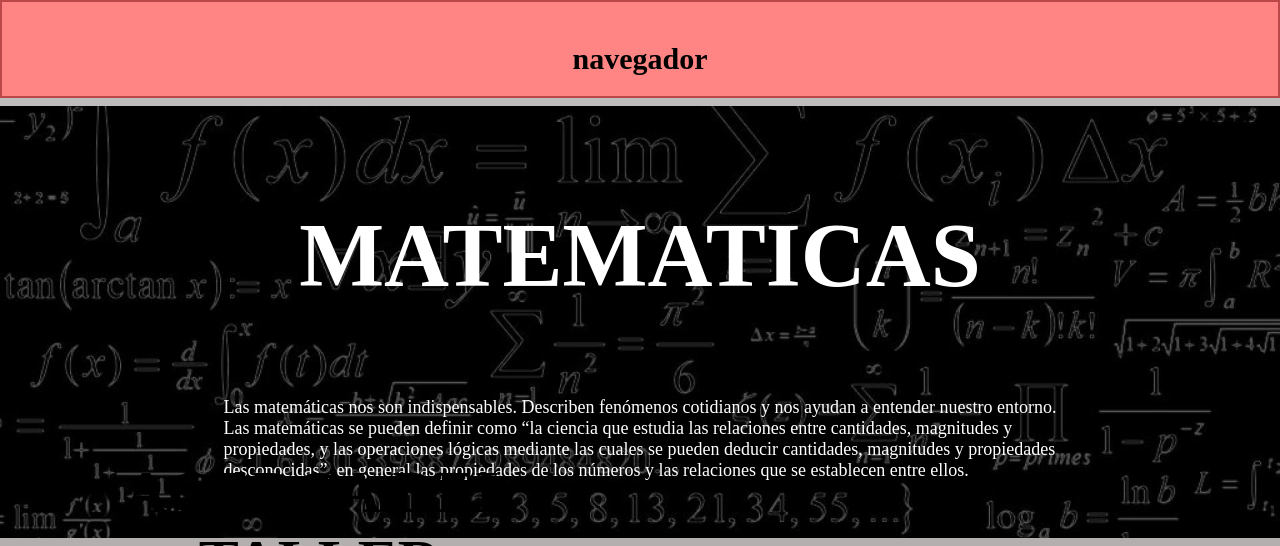
Repository: juanmg39/Servicio_Social
Page: talle2/index.html
These files come from the project's save history. The page is drawn as it stood at one moment and after the next save; the edit follows.
The browser window is 1280 px wide. The pictures show the part of the page from y = 0 to 546 px (the page is 3566 px tall).
Pictures or frames that could not be fetched are drawn as grey boxes.

Above is the page before, as saved 2023-08-31 12:36:11.

### talle2/index.html
<!DOCTYPE html>
<html lang="en">
<head>
    <meta charset="UTF-8">
    <meta name="viewport" content="width=device-width, initial-scale=1.0">
    <link rel="stylesheet" href="../talle2/css/taller2.css">
    <title>TALLER</title>
</head>
<body>
   <!--  PARTE NAV -->
    <nav>
        <h1 style="padding-top: 40px; font-size: 30px;">navegador</h1>
    </nav>
   <!--  PORTADA DEL TALLER -->
    <header>
        <h1 class="titulo"> MATEMATICAS</h1>
        <p style="margin-top: 90px; font-size: 18px;">Las matemáticas nos son indispensables.
             Describen fenómenos cotidianos y nos ayudan a entender nuestro entorno. <br>
        Las matemáticas se pueden definir como “la ciencia que estudia las relaciones entre cantidades, magnitudes y <br> propiedades,
        y las operaciones lógicas mediante las cuales se pueden deducir cantidades, magnitudes y propiedades <br> desconocidas”,
        en general las propiedades de los números y las relaciones que se establecen entre ellos.
        </p>
    </div>
</header>
<!-- ACERCA DEL TALLER -->
<article  class="contenedor-taller">
    <div class="info-taller">
<h1 style="font-size: 60px;">ACERCA DEL TALLER</h1>
<p style="font-size: 25px; margin-top: 50px;">Lorem ipsum dolor sit amet consectetur adipisicing elit.
    Quasi provident incidunt<br> ratione eligendi ipsam vero quae adipisci,
    iure et est dolorem quisquam optio<br> dolores assumenda libero eius, doloribus, porro fuga?
    Lorem ipsum dolor sit amet<br> consectetur adipisicing elit.
    Quasi provident incidunt  ratione eligendi ipsam vero<br> quae adipisci,
    iure et est dolorem quisquam optio dolores assumenda libero eius, <br>doloribus, porro fuga?Lorem ipsum dolor sit amet consectetur adipisicing <br>
    Quasi provident incidunt ratione eligendi ipsam vero quae adipisci,
    iure et est <br>dolorem quisquam optio  dolores assumenda libero eius ,doloribus, porro fuga?<br>
    Lorem ipsum dolor sit amet consectetur adipisicing elit.
    Quasi provident <br>incidunt ratione eligendi ipsam vero quae adipisci,
    iure et est dolorem quisquam <br>optio dolores assumenda libero eius, doloribus, porro fuga?</p>
</div>

 <!-- VIDEO ACERCA DEL TALLER -->
<video  autoplay width="49%" height="100%"  muted  >
    <source src="..//talle2/mp4/¿Para qué sirven las matemáticas_.mp4" type="video/mp4">
</video>

</article>

<!-- RECURSOS DEL TALLER -->

<h1 style="color: rgb(0, 0, 0);text-align: center; font-size:60px ;">RECURSOS</h1>
    <section>
        <div class="card">
            <img src="../talle2/img/matematicas_art.jpg" alt="">
            <h1>MATEMATICAS</h1>
            <p>
                ¡Haz que las matemáticas sean más divertidas <br> con estas canciones pegadizas!
            </p>
        </div>
        <div class="card">
            <img src="../talle2/img/card_imagen.jpg" alt="">
            <h1>MATEMATICAS 1</h1>
            <p>
                Un mapa de las constelaciones para usar la <br> próxima noche de observación de estrellas.
            </p>
        </div>
        <div class="card">
            <img src="..//talle2/img/card3.jpg" alt="">
            <h1>MATEMATICAS 2</h1>
            <p>
                Usa objetos de tu casa para crear <br> instrumentos musicales.
            </p>
        </div>
        <div class="card">
            <img src="..//talle2/img/tal.png" alt="">
            <h1>MATEMATICAS 3</h1>
            <p>
                Las matemáticas son una de las ciencias más antiguas.<br>Floreció primero antes de la antigüedad en Mesopotamia
            </p>
        </div>
        <div class="card">
            <img src="..//talle2/img/matematicas.jpg" alt="">
            <h1>MATEMATICAS 4</h1>
            <p>
                Aprenderas a sumar multiplicar y dividir <br> cualquier mivel educativo.
            </p>
        </div>
        <div class="card">
            <img src="..//talle2/img/talleres.jpg" alt="">
            <h1>MATEMATICAS 5</h1>
            <p>
                Las ciencias naturales han hecho un uso extensivo de la matemática para explicar diversos fenómenos <br> para explicar diversos fenómenos
            </p>


        </div>
        </section>

<!--         INFORMACION DEL TALLERISTA -->
<h4 style="color: rgb(0, 0, 0); font-size: 90px;">INSCRIBETE YA!</h4>
<div class="inscribete">
<div class="tallerista">
    <figure>
    <img src="../talle2/img/4_6_2021 21_02_11.png" alt="">
    <div class="informacion-tallerista">
        <h1>TALLERISTA</h1>
        <P>Gomez Flores Joel <br>
        Lunes, Martes, Viernes - 10:00 am - 16:30 pm<br>
        joelflores897@gmail.com</P>
    </div>
    </figure>
</div>
          <!-- INFORMACION DEL TALLER -->
<div class="registrate">
    <p><b>Imparte:</b> Gomez Flores Joel</p>
    <p><b>Lugar: </b> pilares 16 de septiembre</p>
    <p><b>Dirigido:</b> alumnos de preparatoria</p>
    <p><b>Cupos disponibles:</b>   6</p>
    <button class="btn1">
        <span>REGISTRARSE</span>
    </button>
</div>
</div>

<!-- HORARIOS DEL TALLER -->
<table style="width: 100%; height: 400px; margin-top: 30PX;">
    <tr>
        <th colspan="7" style="background-color: rgb(109, 202, 255);">Horario</th>
    </tr>
    <tr>
        <th></th>
        <th>Lunes</th>
        <th>Martes</th>
        <th>Miercoles</th>
        <th style="padding: 20px;">Jueves </th>
        <th>Viernes</th>
        <th>Sabados</th>
    </tr>
    <tr>
        <td style="background-color: goldenrod;">10:00 am - 13:00 pm</td>
        <td style="background-color: rgb(255, 110, 110);">Matematicas 1</td>
        <td>Matematicas 3</td>
        <td></td>
        <td></td>
        <td>Matematicas 4</td>
        <td></td>

    </tr>
    <tr>
        <td style="background-color: goldenrod;">14:00 am - 16:30 pm</td>
        <td>Matematicas </td>
        <td style="background-color: rgb(255, 110, 110);">Matematicas 2</td>
        <td></td>
        <td></td>
        <td style="background-color: rgb(255, 110, 110);">Matematicas 5</td>
        <td></td>
    </tr>
</table>


<!-- PARTE DEL FOOTER -->

<footer>
    <h1 style="color: white; font-size: 30px;">PARTE FOOTER </h1>
</footer>

</body>
</html>

### talle2/css/taller2.css
*{
    padding: 0px;
    margin: 0px;
}
/* PARTE DEL NAV */
nav{
    background-color: rgb(255, 132, 132);
    text-align: center;
    padding-bottom: 20px;
    border: solid #BC4749 2px;
    position: sticky;
    top: 0;
}
/*  PORTADA  */
header{
    height: 900px;
    color: #fff;
    border-top: solid rgb(190, 188, 188) 8px;
    display: flex;
    flex-direction: column;
    justify-content: center;
    align-items: center;
    height: 60vh !important;
    background: url(..//img/kkkkkk.jpg) no-repeat center ;
    background-size: cover;
}



/* NOMBRE DEL TALLER */
.titulo{
    margin-top: 40px;
    font-size: 90px;
    font-weight: 600;
    text-transform: uppercase;
}



/*    INFORMACION DEL TALLER */
.contenedor-taller{
    width:100%;
    height: 600px;
    border-top: solid rgb(179, 175, 175) 8px;
    margin-bottom: 40px;
    display: flex;
}
.info-taller{
    width: 50%;
    height: 100%;
    text-align: center;
    display: flex;
    flex-direction: column;
    justify-content: center;
    align-items: center;
}


/* RECURSOS DEL TALLER */


section{
        height: 730px;
        display: flex;
        flex-wrap: wrap;
        justify-content:center ;
        margin: auto;
        margin-bottom: 40px;
        margin-top: 40px;
        border: solid #BC4749 2px;
    }
    section .card{
        width: 530px;
        height: 330px;
        border-radius: 8px;
        box-shadow: 0 2px 2px rgb(0, 0, 0, 0.2);
        overflow: hidden;
        margin: 20px;
        text-align: center;
        transition: all 0.25s;

    }

    section .card:hover{
        transform:translateY(-15px);
        box-shadow: 0 12px 16px rgba(255, 0, 0, 0.2);
    }

    section .card img{
        width: 330px;
        height: 220px;
    }
    section .card h1{
        font-weight: 600;

    }
    section .card p{
        padding: 0 1rem;
        font-size: 16px;
        font-weight: 300px;
    }


   /*  INFORMACION DEL TALLERISTA */


    .inscribete{
/*     width: 100%; */
    height: 600px;
    display: flex;
    border: solid #BC4749 2px;
    }
    .tallerista{
    width: 50%;
    display: flex;
  /*   background-color: aqua; */
    justify-content: center;
    align-items: center;
    height: 100%;
    }
    .tallerista figure{
    position: relative;
    height: 550px;
    width: 650px;
    overflow: hidden;
    border-radius: 6px;
    box-shadow: 0px 15px 25px rgb(0, 0, 0, 0.50) ;
    cursor: pointer;

    }
    .tallerista figure img{
    width: 100%;
    height: 100%;
    transition: all 500ms ease-out;
    }
    .tallerista figure .informacion-tallerista{
    position: absolute;
    top: 0;
    width: 100%;
    height: 100%;
    background-color: #BC4749;
    transition: all 500ms ease-out;
    opacity: 0;
    visibility: hidden;
    text-align: center;
    }
    .tallerista figure:hover > .informacion-tallerista{
    opacity: 1;
    visibility: visible;
    }
    .tallerista figure:hover > .informacion-tallerista h1{
    margin-top: 100px;
    margin-bottom: 45px;
    }
    .tallerista figure .informacion-tallerista h1{
    color: #fff;
    font-weight: 700;
    margin-bottom: 420px;
    transition: all 500ms ease-out;
    margin-top: 70px;
    }
    .tallerista figure .informacion-tallerista p{
    color: #fff;
    font-size: 45px;
    line-height: 1.5;
    width: 100%;
    max-width: 500px;
    margin: auto;
    }
/*     INFORMACION DEL TALLER */
    .registrate{
    font-size: 40px;
    width: 50%;
    height: 100%;
    display: flex;
    flex-direction: column;
    justify-content: center;
    align-items: center;

}

    .registrate p{
    margin: 30px;
}
.registrate .btn1{
    display: flex;
    flex-direction: column;
    justify-content: center;
    align-items: center;
}
.btn1{
    margin-top: 25px;
    border: 0;
    background-image: linear-gradient(
        150deg,
        hsl(97, 82%, 71%),
        rgb(7, 210, 0),
        #058f00
    );
    border-radius: 8px;
    color: #fff;
    display: flex;
    font-size: 18px;
    cursor: pointer;
    transition: .3s;
}
.btn1 span{
    background-color: #BC4749;
    padding: 16px 24px ;
    border-radius: 6px;
    transition: .3s;
}
.btn1:hover span{
    background: none;
}
.btn1:active{
    transform: scale(0.9);
}

/* HORARIO DE LAS CLASES */
    table, th, td{
    border: 2px solid black;
    border-collapse: collapse;
    }
    th, td{
    padding: 10px;
    }
    th {
    background-color: rgb(87, 173, 0);
    }
    h4{
    display: block;
    font-family: monospace;
    white-space: nowrap;
    border-right: 4px solid;
    width: 14ch;
    animation: typing 2s steps(12), blink .5s infinite step-end alternate;
    overflow: hidden;

}
@keyframes typing{
    from { width: 0;}
}
@keyframes blink{
    50% { border-color: transparent;}
}
footer{
    background-color: rgb(46, 163, 0);
    text-align: center;
    padding-bottom: 20px;
    border-top: solid /* #D3D3D3 */ rgb(109, 109, 109) 8px;
    height: 300px;
    display: flex;
    justify-content: center;
    align-items: center;
    margin-top: 30PX;
}

After the next save:
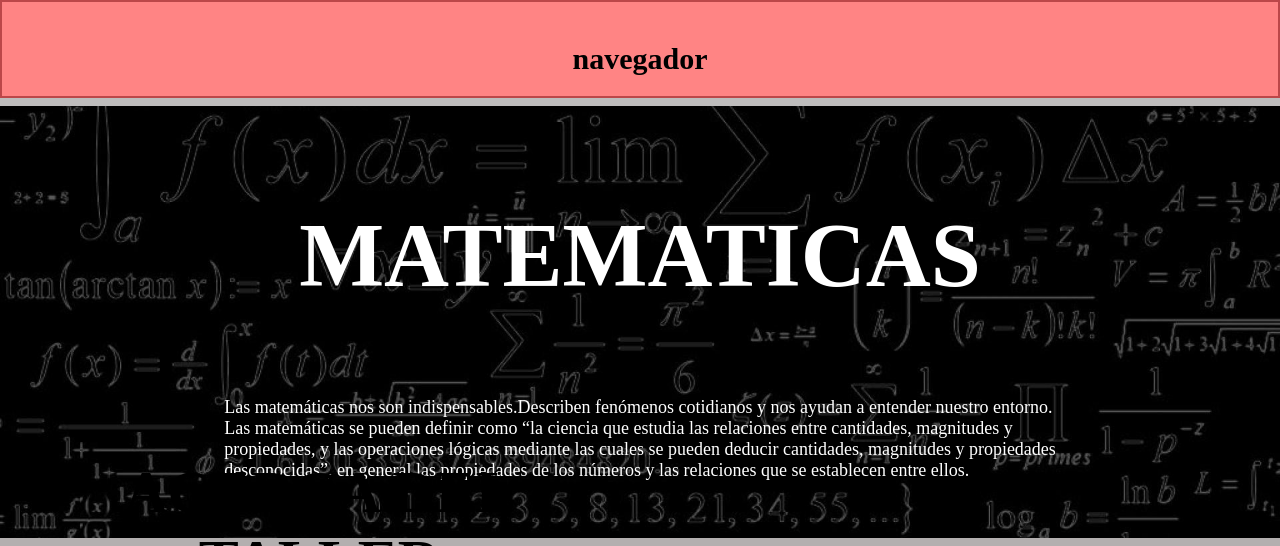
Saved 3 min 44 s later.
--- a/talle2/index.html
+++ b/talle2/index.html
@@ -14,8 +14,7 @@
    <!--  PORTADA DEL TALLER -->
     <header>
         <h1 class="titulo"> MATEMATICAS</h1>
-        <p style="margin-top: 90px; font-size: 18px;">Las matemáticas nos son indispensables.
-             Describen fenómenos cotidianos y nos ayudan a entender nuestro entorno. <br>
+        <p style="margin-top: 90px; font-size: 18px;">Las matemáticas nos son indispensables.Describen fenómenos cotidianos y nos ayudan a entender nuestro entorno. <br>
         Las matemáticas se pueden definir como “la ciencia que estudia las relaciones entre cantidades, magnitudes y <br> propiedades,
         y las operaciones lógicas mediante las cuales se pueden deducir cantidades, magnitudes y propiedades <br> desconocidas”,
         en general las propiedades de los números y las relaciones que se establecen entre ellos.
